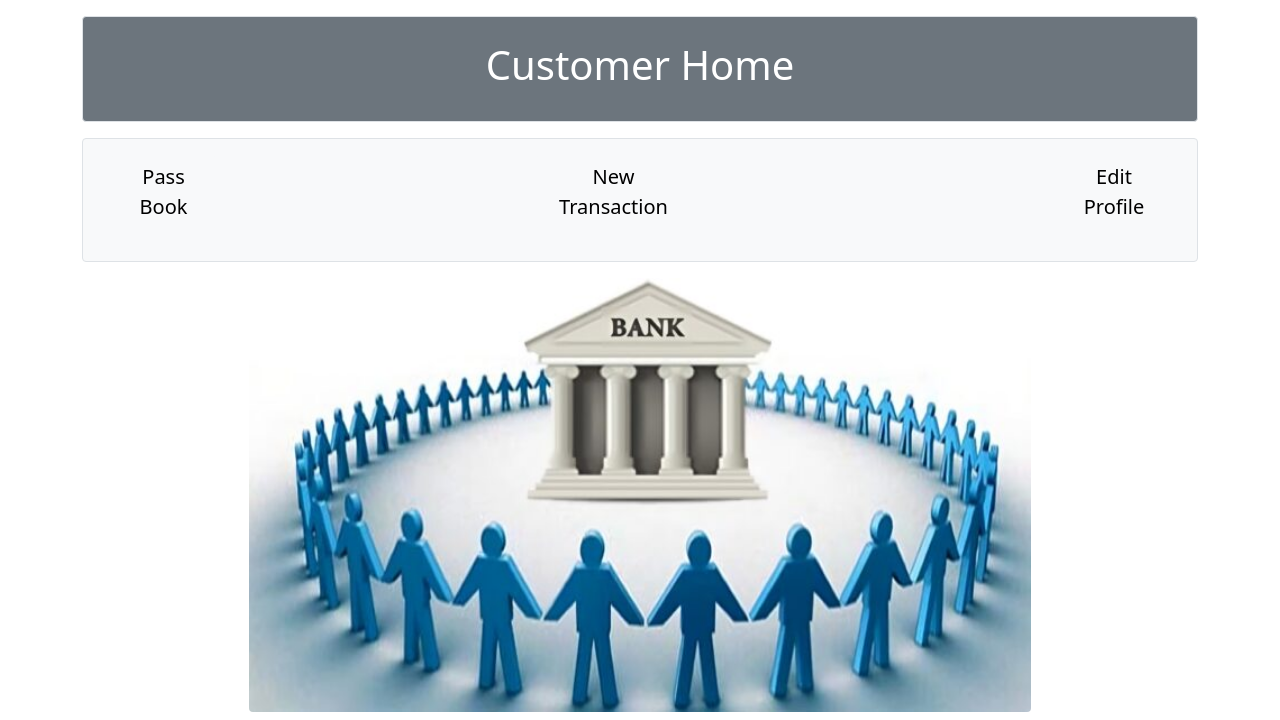
Repository: shivamaninalla/Bank-Application-JSP
Page: http://localhost/10-BankApplication/cust-home.jsp
These files come from the project's save history. The page is drawn as it stood at one moment and after the next save; the edit follows.
The browser window is 1280 px wide. The pictures show the whole page.
The page is served by Tomcat 9.

Above is the page before, as saved 2024-07-20 18:39:35.

After the next save:
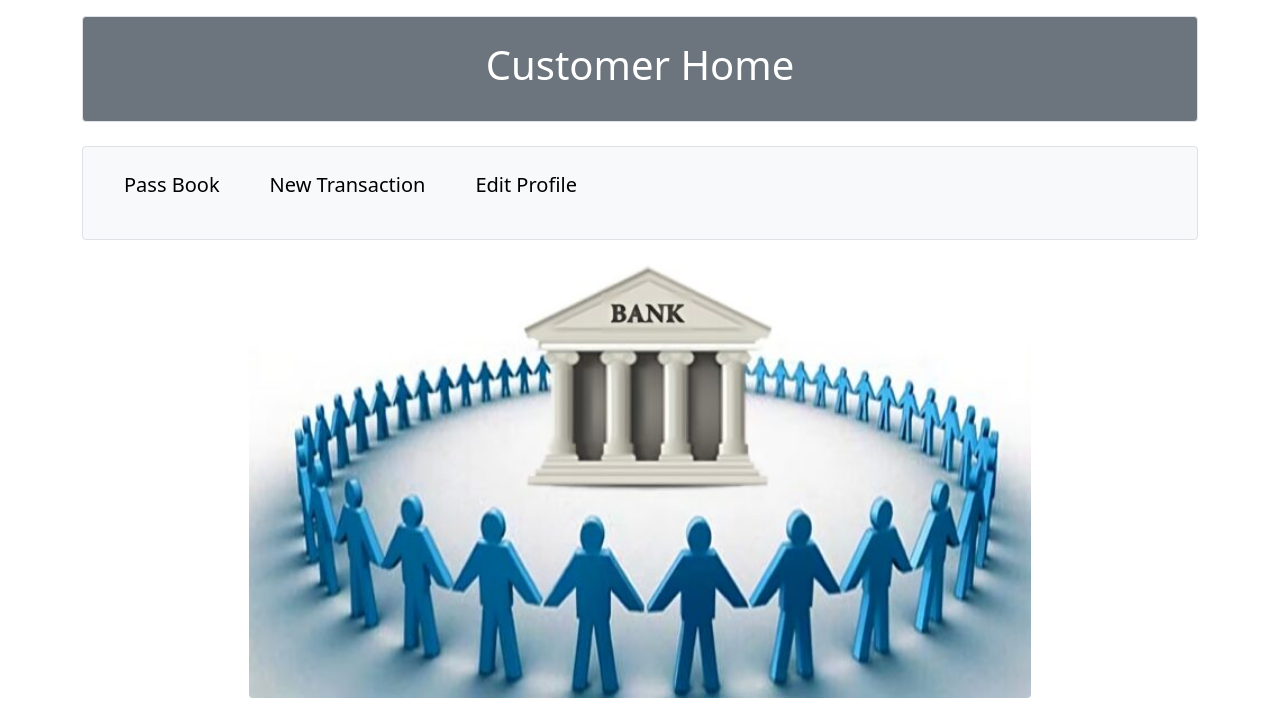
Saved 93 s later.
--- a/10-BankApplication/WebContent/cust-home.jsp
+++ b/10-BankApplication/WebContent/cust-home.jsp
@@ -16,20 +16,19 @@
 <div class="container mt-3">
 
     <!-- Header Navigation -->
-    <nav class="navbar bg-secondary border rounded p-4 mb-3">
+    <nav class="navbar bg-secondary border rounded p-4 mb-4">
         <div class="container-fluid d-flex justify-content-center align-items-center">
             <h1 class="text-white">Customer Home</h1>
         </div>
     </nav>
 
     <!-- Main Navigation Buttons -->
-    <nav class="navbar navbar-expand-lg navbar-light bg-light border rounded p-3 mb-3">
+    <nav class="navbar navbar-expand-lg navbar-light bg-light border rounded p-3 mb-4">
         <div class="container-fluid">
             <form action="user" method="get">
-                <div class="d-flex justify-content-around">
-
-                    <button  type="submit" name="UserController" value="Pass Book" class="btn btn-light  fs-5" style="margin-right: 20rem">Pass Book</button>
-                    <button type="submit" name="UserController" value="New Transaction" class="btn btn-light fs-5" style="margin-right: 23rem">New Transaction</button>
+                <div class="d-flex justify-content-center gap-4">
+                    <button type="submit" name="UserController" value="Pass Book" class="btn btn-light fs-5">Pass Book</button>
+                    <button type="submit" name="UserController" value="New Transaction" class="btn btn-light fs-5">New Transaction</button>
                     <button type="submit" name="UserController" value="Edit Profile" class="btn btn-light fs-5">Edit Profile</button>
                 </div>
             </form>
